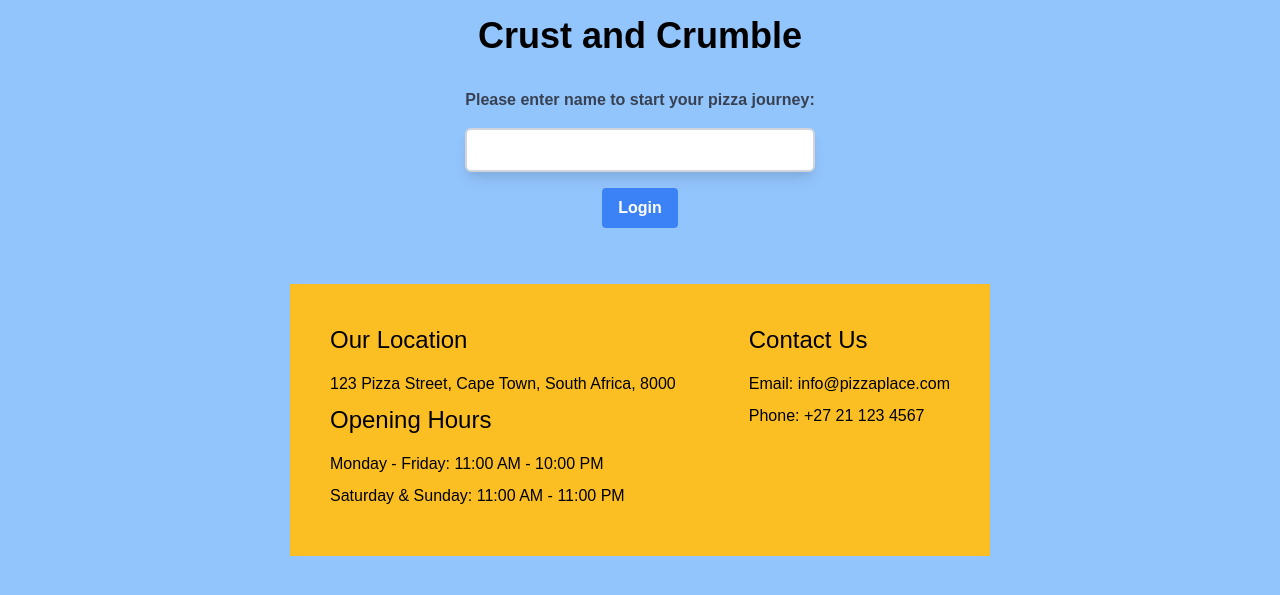
Repository: lasity34/pizza-cart-with-api
Page: index.html
An editor plug-in stored every save of this project. The page is shown before and after the next save, followed by the edit.
The browser window is 1280 px wide. The pictures show the whole page.
The page's requests for data from a server got no answer. Some web fonts or font styles are not loaded; a fallback is used. Some web libraries are served in a nearby version.

Above is the page before, as saved 2023-07-16 21:45:36.
Console error (its wording comes from the project's code and is left out).

After the next save:
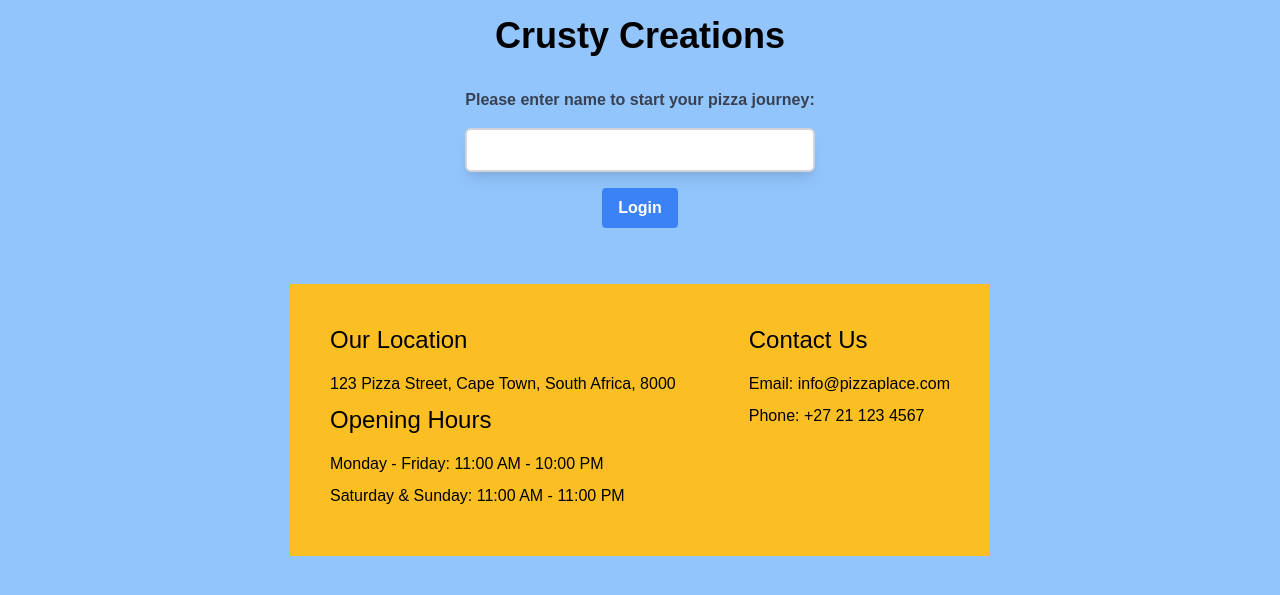
Saved 24 s later.
--- a/index.html
+++ b/index.html
@@ -26,7 +26,7 @@
   <body x-data="pizzaCart" class="bg-blue-300" x-cloak>
 
     <section class="flex justify-center items-center">
-      <h1 class="text-4xl pt-4 font-bold">Crust and Crumble</h1>
+      <h1 class="text-4xl pt-4 font-bold">Crusty Creations</h1>
     </section>
 
     <section class="flex flex-col items-center mt-8 pb-4">
